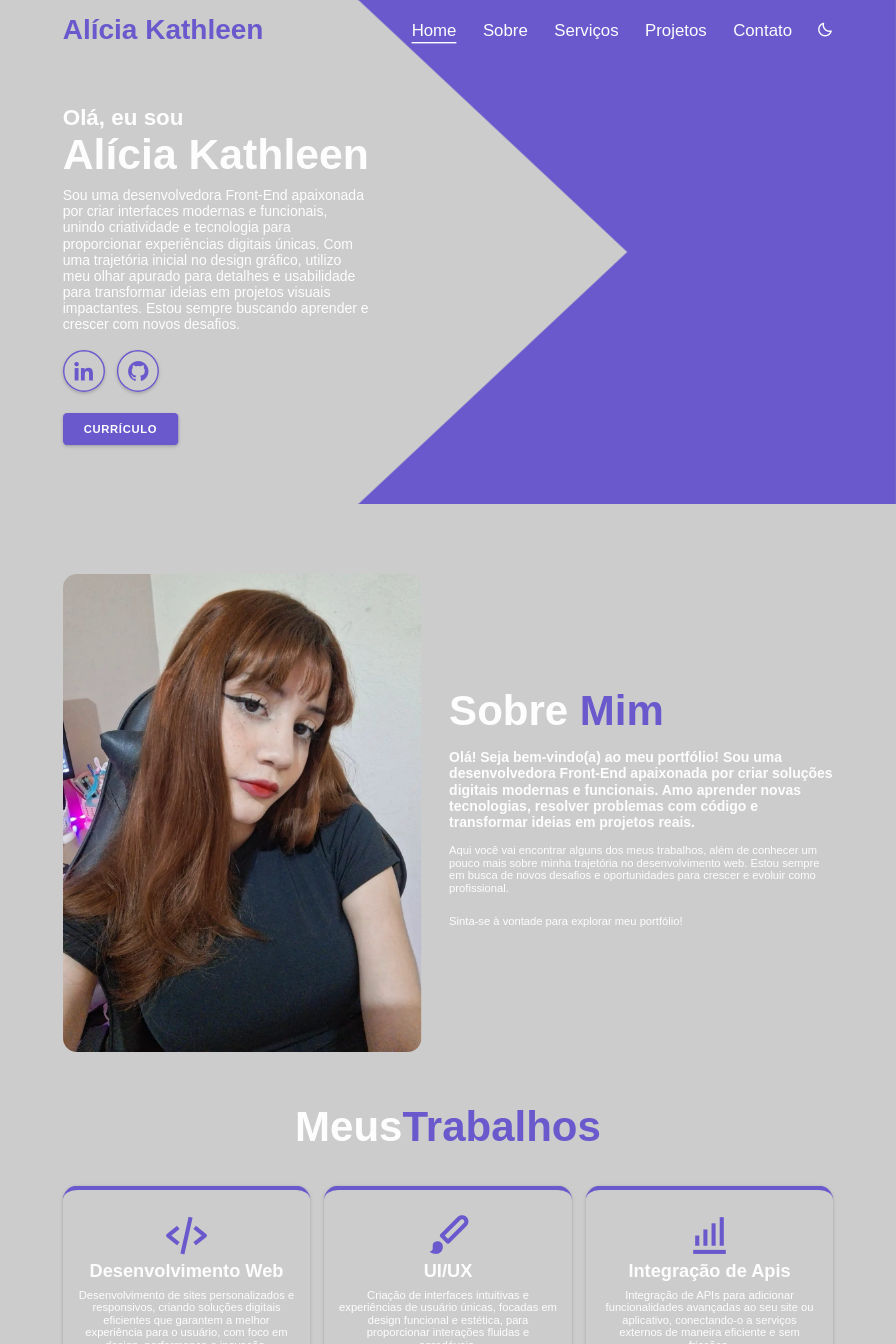
Repository: AliciaKathleen/portfolio-2025
Page: index.html
These files come from the project's save history. The page is drawn as it stood at one moment and after the next save; the edit follows.
The browser window is 1280 px wide. The pictures show the part of the page from y = 0 to 1920 px (the page is 3946 px tall), at 70% of full size.

Above is the page before, as saved 2025-01-27 16:45:51.
Console error: TypeError: Cannot read properties of null (reading 'classList')

After the next save:
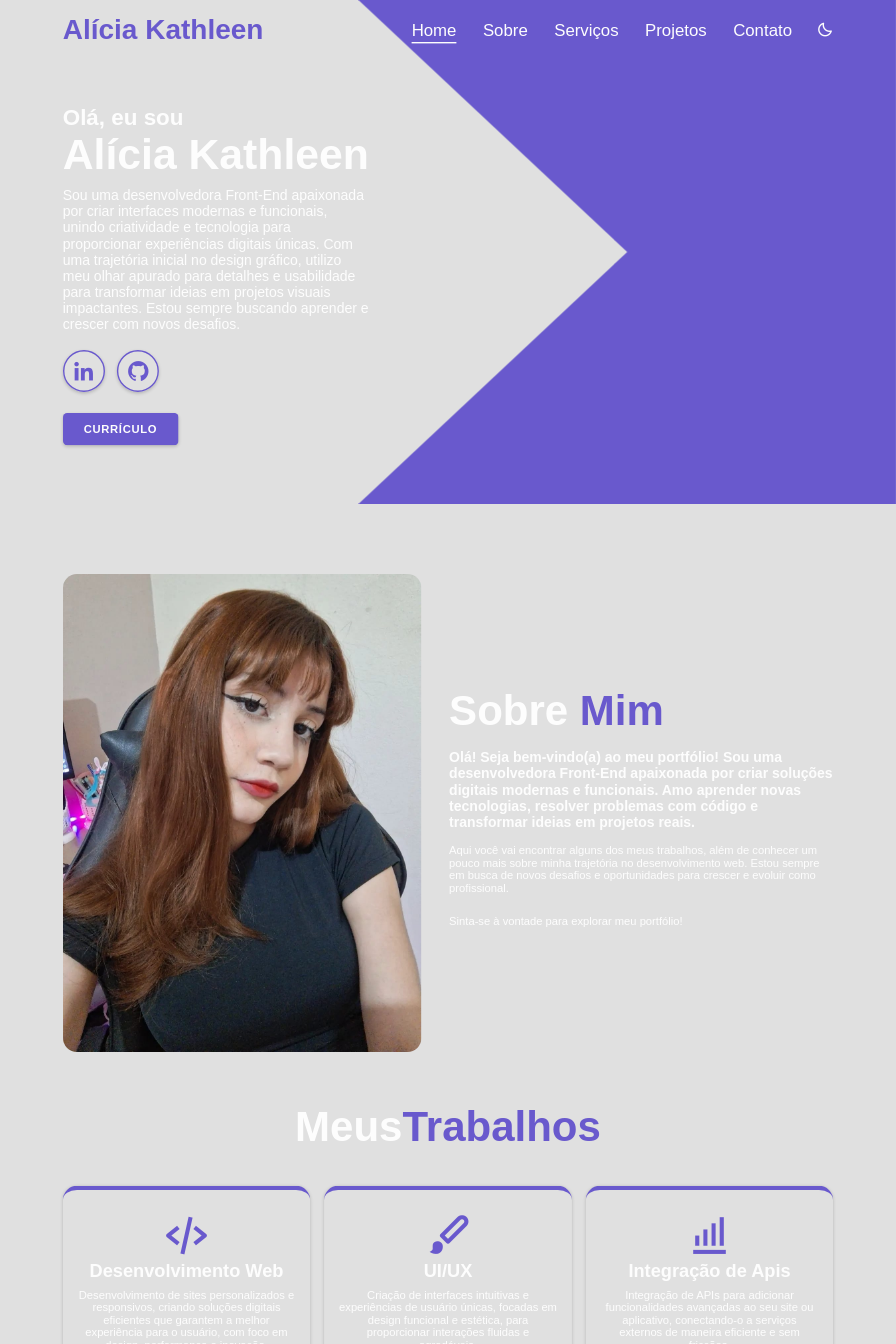
Saved 22 s later.
--- a/style.css
+++ b/style.css
@@ -10,7 +10,7 @@
 }
 
 :root {
-    --bg-color: #CCCCCC;
+    --bg-color: #E0E0E0;
     --text-color: #fdfdfd;
     --main-color: #6959CD;
     --white-color: #fdfdfd;
